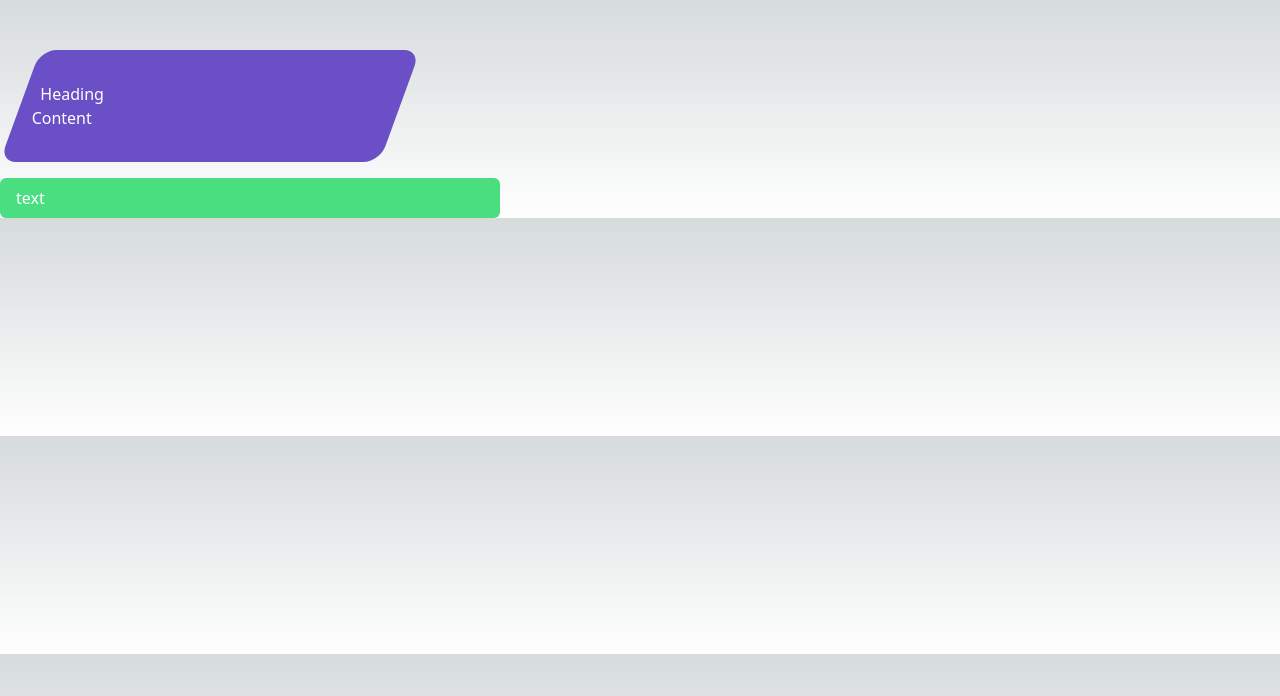
Repository: PreciousOritsedere/jasere-test
Page: /
These files come from the project's save history. The page is drawn as it stood at one moment and after a run of saves; the edit follows.
The browser window is 1280 px wide. The pictures show the whole page.
The project was rebuilt for these pictures with package versions that can differ from the ones it lists, and the page was loaded fresh each time. The framework's server and built-in components were replaced by stand-ins that run in the browser. Also part of the build but not shown: next.config.mjs.

Above is the page before, as saved 2024-03-26 15:01:52.

After the next 5 saves:
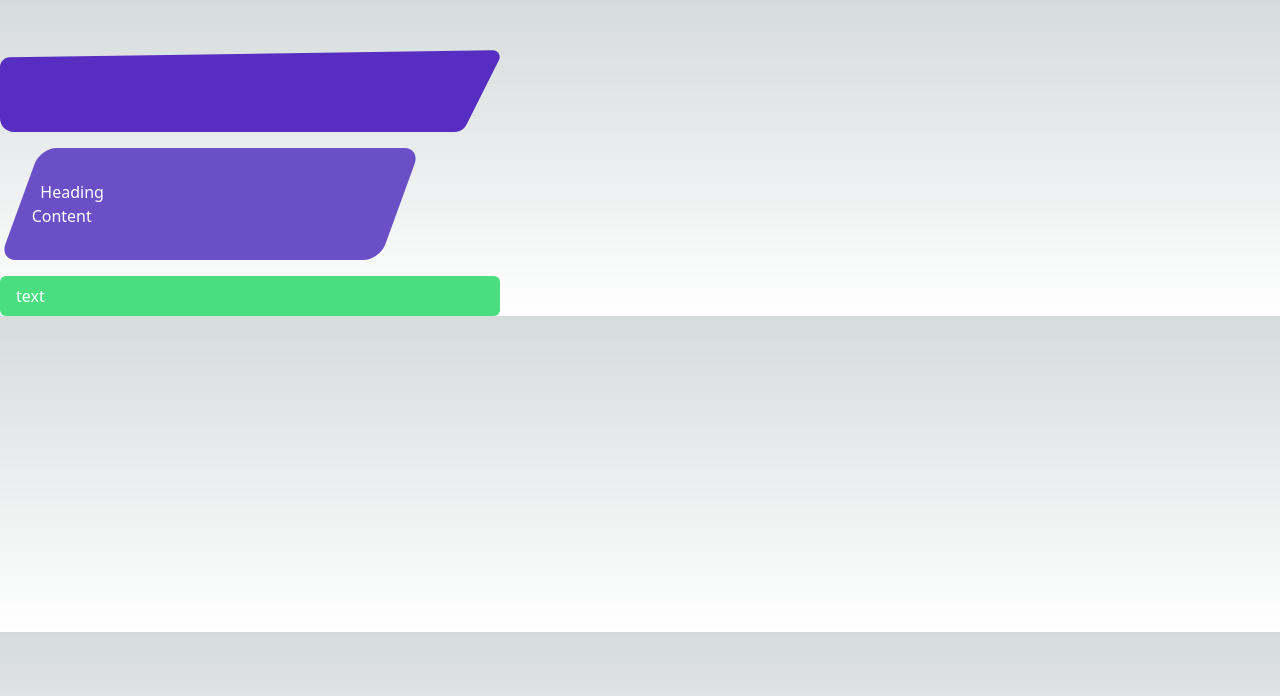
The 5 saves are shown as one change because 1 did not build or start and some came seconds apart.
The last was saved 15 s later.
--- a/src/pages/index.js
+++ b/src/pages/index.js
@@ -4,6 +4,7 @@
 export default function Home() {
   return (
     <main className="max-w-[500px] w-full mt-[50px] flex flex-col gap-4">
+    <Image src={Shape}/>
       <div className="parallelogram">
         <h3>Heading</h3>
         <p>Content</p>

After the save that followed:
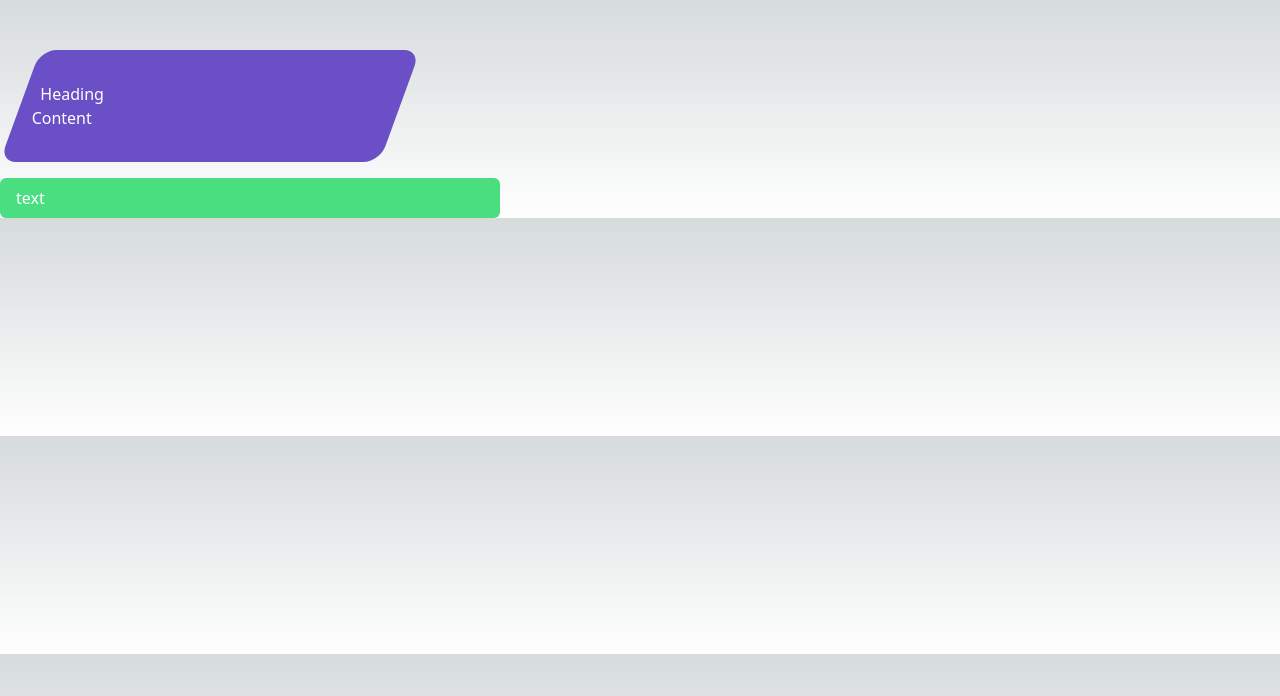
Saved 41 s later.
--- a/src/pages/index.js
+++ b/src/pages/index.js
@@ -4,7 +4,7 @@
 export default function Home() {
   return (
     <main className="max-w-[500px] w-full mt-[50px] flex flex-col gap-4">
-    <Image src={Shape}/>
+
       <div className="parallelogram">
         <h3>Heading</h3>
         <p>Content</p>
